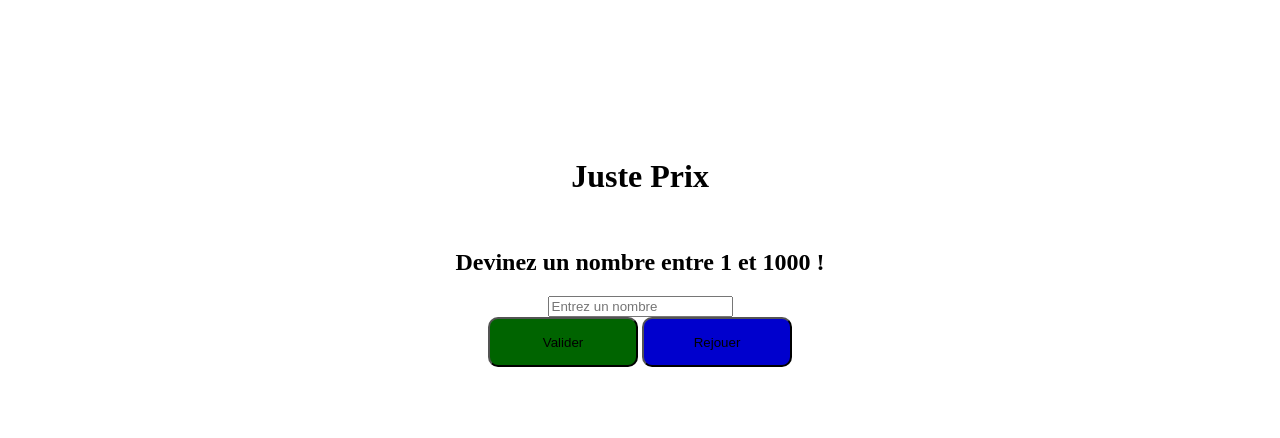
Repository: Coumba25040/coumbaProjet
Page: coursDom/justePrix.html
An editor plug-in stored every save of this project. The page is shown before and after the next save, followed by the edit.
The browser window is 1280 px wide. The pictures show the whole page.

Above is the page before, as saved 2025-06-04 18:13:48.

### coursDom/justePrix.html
<!DOCTYPE html>
<html lang="en">

<head>
    <meta charset="UTF-8">
    <meta name="viewport" content="width=device-width, initial-scale=1.0">
    <title>Document</title>
    <link rel="stylesheet" href="justePrix.css">
</head>

<body>
    <h1>Juste Prix</h1>
    <h2>Devinez un nombre entre 1 et 1000 !</h2>
    <input type="text" placeholder="Entrez un nombre">
<div class="btnContainer">
    <button id="valider">Valider</button>
    <button id="rejouer">Rejouer</button>
</div>
    <p></p>
    <script src="justePrix.js"></script>
</body>

</html>


<!-- Exercice : Créez le jeu du "Juste Prix" !
Objectif : Créer un jeu interactif avec HTML, CSS, et JavaScript où l'utilisateur doit deviner un nombre aléatoire généré par l'ordinateur.

Consignes
Structure HTML :

Créez une page avec un titre indiquant le nom du jeu : "Le Juste Prix".
Ajoutez une zone d'affichage pour les instructions (par exemple : "Devinez un nombre entre 1 et 10000 !").
Ajoutez un champ de saisie permettant à l'utilisateur d'entrer un nombre.
Placez un bouton pour soumettre la proposition de l'utilisateur.
Préparez une zone pour afficher des messages (ex. : "C'est plus !", "C'est moins !" ou "Bravo, vous avez trouvé le juste prix !").
Style CSS :

Stylisez votre page pour qu'elle soit agréable visuellement.
Ajoutez une couleur de fond, des marges et un style pour les messages.
Comportement JavaScript :

Générez un nombre aléatoire entre 1 et 10000 dès le chargement de la page.
Récupérez la proposition de l'utilisateur lorsque le bouton est cliqué.
Comparez la proposition de l'utilisateur avec le nombre généré :
Si le nombre est trop petit, affichez : "C'est plus !" via un innerHTML et et avec de la couleur !
Si le nombre est trop grand, affichez : "C'est moins !" via un innerHTML et et avec de la couleur !.
Si c'est le bon nombre, affichez un message de félicitations et désactivez le champ de saisie.
Limitez le nombre d'essais à 10 et affichez un message de défaite si le joueur ne trouve pas après 10 tentatives.
Bonus :

Ajoutez un bouton "Rejouer" qui réinitialise le jeu (recharge la page ou génère un nouveau nombre).
Ajoutez un compteur pour afficher le nombre d'essais restants. -->

### coursDom/justePrix.css
body{
   display: flex;
   flex-direction: column;
   align-items: center;
   text-align: center;
}
h1{
    margin-top: 150px;
}
p, h1, h2
input{
    height: 50px;
    width: 350px;
    border-radius: 10px;
}
button{
    border-radius: 10px;
    width: 150px;
    height: 50px;
}
#valider{
    background-color: darkgreen;
}
#rejouer{
    background-color: mediumblue;
}
h2{

}

### coursDom/justePrix.js
let inputNombre = document.querySelector("input")
let btnValider = document.getElementById("valider")
let btnRejouer = document.getElementById("rejouer")
let p = document.querySelector("p")

console.log(inputNombre)

let min = 1
let max = 1000
let random = Math.floor(Math.random() * (max - min) + min)
console.log(random)
let tentatives = 10

btnValider.addEventListener('click', function () {

    let valeur = inputNombre.value
    if (tentatives > 0) {
        tentatives--
        console.log(valeur)
        if (valeur > random) {
            p.textContent = "Trop Grand ! Attention il vous reste " + tentatives + " tentatives !"
        } else if (valeur < random) {
            p.textContent = "Trop Petit ! Attention il vous reste " + tentatives + " tentatives !"
        } else if (valeur == random) {
            p.textContent = "Bravo, vous avez trouvé le juste prix !"
        }
        if (tentatives == 0 && valeur != random) {
            p.textContent = 'Perdu ! Le nombre était ' + random + ' cliquez sur rejouer !'
            btnValider.disabled = true
        }
    }
})

btnRejouer.addEventListener('click', function () {

    tentatives = 10
    random = Math.floor(Math.random() * (max - min) + min)
    console.log("Nouveaux nombre " + random)
    valeur = " "
    p.textContent = " "
    inputNombre.value = " "
    btnValider.disabled = false
})

After the next save:
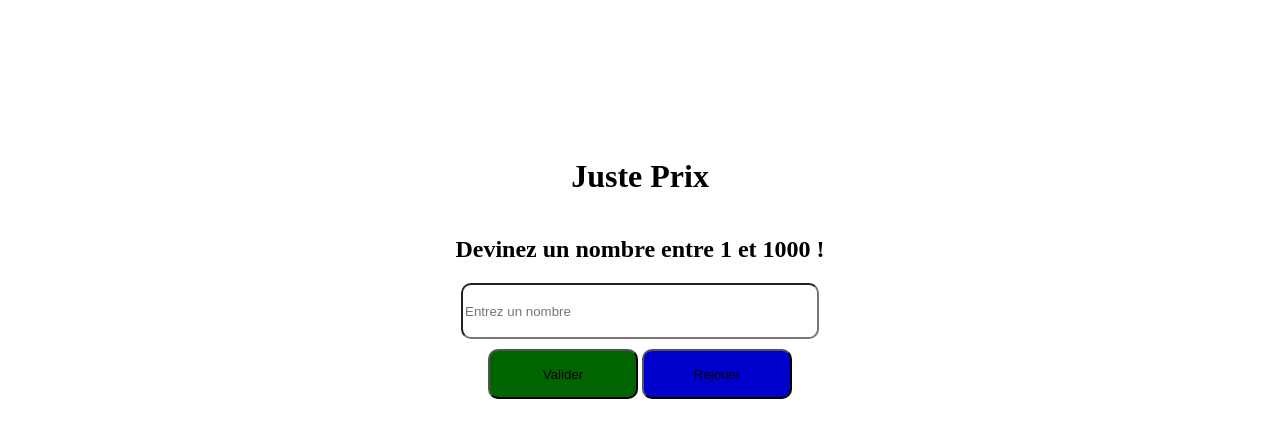
Saved 50 s later.
--- a/coursDom/justePrix.css
+++ b/coursDom/justePrix.css
@@ -7,7 +7,7 @@ body{
 h1{
     margin-top: 150px;
 }
-p, h1, h2
+
 input{
     height: 50px;
     width: 350px;
@@ -17,6 +17,7 @@ button{
     border-radius: 10px;
     width: 150px;
     height: 50px;
+    margin-top: 10px;
 }
 #valider{
     background-color: darkgreen;
